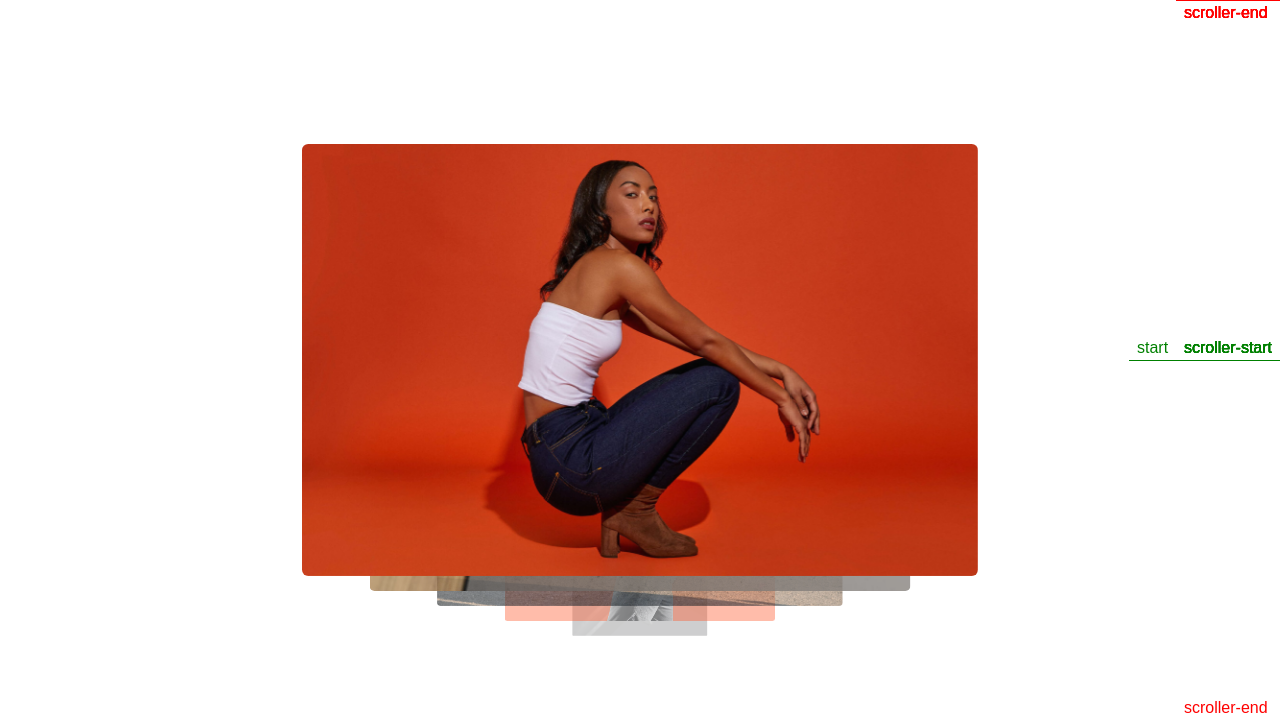
Repository: lwygold/motion
Page: layout/이미지 위로 계속 올라가는레이아웃.html
An editor plug-in stored every save of this project. The page is shown before and after the next save, followed by the edit.
The browser window is 1280 px wide. The pictures show the window.
Pictures or frames that could not be fetched are drawn as grey boxes. A layer covers the whole window, so only the first screen is drawn.

Above is the page before, as saved 2023-02-20 17:25:54.

### layout/이미지 위로 계속 올라가는레이아웃.html
<!DOCTYPE html>
<html lang="ko">

<head>
    <meta http-equiv="Content-Type" content="text/html;charset=utf-8" />
    <meta name="viewport" content="width=device-width, user-scalable=no, target-densitydpi=medium-dpi" />
    <meta name="apple-mobile-web-app-capable" content="yes" />
    <meta name="format-detection" content="telephone=no" />
    <meta http-equiv="X-UA-Compatible" content="IE=edge" />
    <meta http-equiv="x-rim-auto-match" content="none" />
    <link rel="shortcut icon" href="./images/favicon.ico" />
    <link rel="stylesheet" type="text/css" href="../assets/css/slick.css" />
    <link rel="stylesheet" type="text/css" href="../assets/css/common.css" />
    <link rel="stylesheet" type="text/css" href="../assets/css/main.css" />
    <link rel="stylesheet" type="text/css" href="../assets/css/sub.css" />
    <title>테스트</title>
    <script src="../assets/js/jquery-3.3.1.min.js"></script>
    <script src="../assets/js/jquery-ui.min.js"></script>
    <script src="../assets/js/slick.min.js"></script>
    <script src="../assets/js/gsap.js"></script>
    <script src="../assets/js/gsap_scroll_trigger.js"></script>
    <script src="../assets/js/green.js"></script>
    <script src="../assets/js/common.js"></script>
    <script src="../assets/js/main.js"></script>
    <script src="../assets/js/sub.js"></script>
</head>

<style>
    section {
        width: 100vw;
        height: 100vh;
    }

    section ul {
        align-items: center;
        display: flex;
        height: 100%;
        justify-content: center;
        left: 0;
        position: fixed;
        top: 0;
        width: 100%;
        max-height: 100vh;
    }

    section ul li {
        border-radius: 0.4861111111vw;
        cursor: pointer;
        height: 60vh;
        overflow: hidden;
        position: absolute;
        -webkit-transform-origin: bottom;
        transform-origin: bottom;
        width: 52.7777777744vw;
        will-change: transform, opacity;
    }



    section ul li:nth-child(1) {
        z-index: 5;
    }

    section ul li:nth-child(2) {
        z-index: 4;
    }

    section ul li:nth-child(3) {
        z-index: 3;
    }

    section ul li:nth-child(4) {
        z-index: 2;
    }

    section ul li:nth-child(5) {
        z-index: 1;
    }


    section ul li div {
        height: 100%;
        -webkit-transform: none;
        transform: none;
        transition: -webkit-transform 1.2s cubic-bezier(.165, .84, .44, 1);
        transition: transform 1.2s cubic-bezier(.165, .84, .44, 1);
        transition: transform 1.2s cubic-bezier(.165, .84, .44, 1), -webkit-transform 1.2s cubic-bezier(.165, .84, .44, 1);
        width: 100%;
        will-change: transform;
    }

    section ul li div img {
        height: 100%;
        -o-object-fit: cover;
        object-fit: cover;
        -o-object-position: center;
        object-position: center;
        width: 100%;
        -webkit-transform: none;
        transform: none;
        -webkit-transform-origin: center;
        transform-origin: center;
        transition: -webkit-transform 1.6s cubic-bezier(.165, .84, .44, 1);
        transition: transform 1.6s cubic-bezier(.165, .84, .44, 1);
        transition: transform 1.6s cubic-bezier(.165, .84, .44, 1), -webkit-transform 1.6s cubic-bezier(.165, .84, .44, 1);
        width: 100%;
        will-change: transform;
    }

    section ul li div img:hover {
        -webkit-transform: scale(1.1);
        transform: scale(1.1);
    }
</style>

<body>

    <section class="s1">
        <ul>
            <li class="panel s1-1 panel_first">
                <div>
                    <img src="./images/1.jpg" alt="">
                </div>
            </li>
            <li class="panel s1-2">
                <div>
                    <img src="./images/2.jpg" alt="">
                </div>
            </li>
            <li class="panel s1-3">
                <div>
                    <img src="./images/3.jpg" alt="">
                </div>
            </li>
            <li class="panel s1-4">
                <div>
                    <img src="./images/4.jpg" alt="">
                </div>
            </li>
            <li class="panel s1-5">
                <div>
                    <img src="./images/5.jpg" alt="">
                </div>
            </li>
            <li class="panel s1-6">
                <div>
                    <img src="./images/6.jpg" alt="">
                </div>
            </li>
            <li class="panel s1-7">
                <div>
                    <img src="./images/6.jpg" alt="">
                </div>
            </li>
        </ul>
    </section>


    <script>
        const $ul = $('ul');
        const $li = $('ul li');
        const li_cnt = $('ul li').length;

        $li.each((i, e) => {
            $(e).css("transform", "translateY(" + i * 15 + "px) scale(" + (1 - (0.1 * (i * (2)))) + ")");
            $(e).css("opacity", 1 - (0.1 * (i * (2))));
            $(e).attr("filter", "grayscale(" + i * 33 + "%);");
        });



        $(function () {

            gsap.registerPlugin(ScrollTrigger);

            let panels = gsap.utils.toArray(".panel");

            let tl1 = gsap.timeline({
                scrollTrigger: {
                    trigger: $ul,
                    start: "center center",
                    end: () => innerHeight * 3,
                    pin: true,
                    scrub: true,
                    markers: true,
                }
            });

            let tl2 = gsap.timeline({
                scrollTrigger: {
                    trigger: $ul,
                    start: "center center",
                    end: "bottom top",
                    scrub: true,
                    markers: true,
                }
            });

            let tl3 = gsap.timeline({
                scrollTrigger: {
                    trigger: $ul,
                    start: "center center",
                    end: "bottom top",
                    scrub: true,
                    markers: true,
                }
            });

            let tl4 = gsap.timeline({
                scrollTrigger: {
                    trigger: $ul,
                    start: "center center",
                    end: "bottom top",
                    scrub: true,
                    markers: true,
                }
            });

            let tl5 = gsap.timeline({
                scrollTrigger: {
                    trigger: $ul,
                    start: "center center",
                    end: "bottom top",
                    scrub: true,
                    markers: true,
                }
            });

            let tl6 = gsap.timeline({
                scrollTrigger: {
                    trigger: $ul,
                    start: "center center",
                    end: "bottom top",
                    scrub: true,
                    markers: true,
                }
            });

            panels.forEach((panel, i) => {

                tl1.to(panel, {
                    yPercent: -150,
                });

                tl2.to('section ul li:nth-child('+(i+1)+')', {
                    y:0,
                    opacity:1,
                    scale: 1,
                });

                tl3.to('section ul li:nth-child('+(i+2)+')', {
                    y: 15+"px",
                    opacity:0.8,
                    scale: 0.8,
                });

                tl4.to('section ul li:nth-child('+(i+3)+')', {
                    y: 30+"px",
                    opacity:0.6,
                    scale: 0.6,
                });

                tl5.to('section ul li:nth-child('+(i+4)+')', {
                    y: 45+"px",
                    opacity:0.4,
                    scale: 0.4,
                });

                tl6.to('section ul li:nth-child('+(i+5)+')', {
                    y: 60+"px",
                    opacity:0.2,
                    scale: 0.2,
                });


            });
















        });

    </script>
</body>

</html>

### assets/css/common.css
@charset "utf-8";

@font-face {
  font-family: "NotoSansKR";
  font-style: normal;
  font-weight: 100;
  src: url(fonts/NotoSansKR-ExtraLight.woff) format("woff");
}

@font-face {
  font-family: "NotoSansKR";
  font-style: normal;
  font-weight: 200;
  src: url(fonts/NotoSansKR-Light.woff) format("woff");
}

@font-face {
  font-family: "NotoSansKR";
  font-style: normal;
  font-weight: 300;
  src: url(fonts/NotoSansKR-DemiLight.woff) format("woff");
}

@font-face {
  font-family: "NotoSansKR";
  font-style: normal;
  font-weight: 400;
  src: url(fonts/NotoSansKR-Regular.woff) format("woff");
}

@font-face {
  font-family: "NotoSansKR";
  font-style: normal;
  font-weight: 500;
  src: url(fonts/NotoSansKR-Medium.woff) format("woff");
}

@font-face {
  font-family: "NotoSansKR";
  font-style: normal;
  font-weight: 600;
  src: url(fonts/NotoSansKR-Bold.woff) format("woff");
}

@font-face {
  font-family: "NotoSansKR";
  font-style: normal;
  font-weight: 700;
  src: url(fonts/NotoSansKR-Bold-Hestia.woff) format("woff");
}

@font-face {
  font-family: "NotoSansKR";
  font-style: normal;
  font-weight: 800;
  src: url(fonts/NotoSansKR-Black-Hestia.woff) format("woff");
}

@font-face {
  font-family: "Montserrat";
  font-style: normal;
  font-weight: 100;
  src: url(fonts/Montserrat-ExtraLight.woff) format("woff");
}

@font-face {
  font-family: "Montserrat";
  font-style: normal;
  font-weight: 200;
  src: url(fonts/Montserrat-Light.woff) format("woff");
}

@font-face {
  font-family: "Montserrat";
  font-style: normal;
  font-weight: 300;
  src: url(fonts/Montserrat-Regular.woff) format("woff");
}

@font-face {
  font-family: "Montserrat";
  font-style: normal;
  font-weight: 400;
  src: url(fonts/Montserrat-Regular.woff) format("woff");
}

@font-face {
  font-family: "Montserrat";
  font-style: normal;
  font-weight: 500;
  src: url(fonts/Montserrat-Medium.woff) format("woff");
}

@font-face {
  font-family: "Montserrat";
  font-style: normal;
  font-weight: 600;
  src: url(fonts/Montserrat-Bold.woff) format("woff");
}

@font-face {
  font-family: "Montserrat";
  font-style: normal;
  font-weight: 700;
  src: url(fonts/Montserrat-ExtraBold.woff) format("woff");
}

@font-face {
  font-family: "Montserrat";
  font-style: normal;
  font-weight: 800;
  src: url(fonts/Montserrat-ExtraBlack.woff) format("woff");
}

@font-face {
  font-family: "Saira";
  font-style: normal;
  font-weight: 100;
  src: url(fonts/Saira-ExtraLight.woff) format("woff");
}

@font-face {
  font-family: "Saira";
  font-style: normal;
  font-weight: 200;
  src: url(fonts/Saira-Light.woff) format("woff");
}

@font-face {
  font-family: "Saira";
  font-style: normal;
  font-weight: 300;
  src: url(fonts/Saira-Regular.woff) format("woff");
}

@font-face {
  font-family: "Saira";
  font-style: normal;
  font-weight: 400;
  src: url(fonts/Saira-Regular.woff) format("woff");
}

@font-face {
  font-family: "Saira";
  font-style: normal;
  font-weight: 500;
  src: url(fonts/Saira-Medium.woff) format("woff");
}

@font-face {
  font-family: "Saira";
  font-style: normal;
  font-weight: 600;
  src: url(fonts/Saira-Bold.woff) format("woff");
}

@font-face {
  font-family: "Saira";
  font-style: normal;
  font-weight: 700;
  src: url(fonts/Saira-ExtraBold.woff) format("woff");
}

@font-face {
  font-family: "Saira";
  font-style: normal;
  font-weight: 800;
  src: url(fonts/Saira-Black.woff) format("woff");
}

@font-face {
  font-family: "NanumSquare";
  font-style: normal;
  font-weight: 200;
  src: url(fonts/NanumSquareL.woff) format("woff");
}

@font-face {
  font-family: "NanumSquare";
  font-style: normal;
  font-weight: 400;
  src: url(fonts/NanumSquareR.woff) format("woff");
}

@font-face {
  font-family: "NanumSquare";
  font-style: normal;
  font-weight: 600;
  src: url(fonts/NanumSquareB.woff) format("woff");
}

@font-face {
  font-family: "NanumSquare";
  font-style: normal;
  font-weight: 700;
  src: url(fonts/NanumSquareEB.woff) format("woff");
}

@font-face {
  font-family: "play";
  font-style: normal;
  font-weight: 400;
  src: url(fonts/Play-Regular.woff) format("woff");
}

@font-face {
  font-family: "play";
  font-style: normal;
  font-weight: 600;
  src: url(fonts/Play-Bold.woff) format("woff");
}

@font-face {
  font-family: "Lovelace";
  font-style: normal;
  font-weight: 100;
  src: url(fonts/Lovelace-ExtraLight.woff) format("woff");
}

@font-face {
  font-family: "Lovelace";
  font-style: normal;
  font-weight: 200;
  src: url(fonts/Lovelace-Light.woff) format("woff");
}

@font-face {
  font-family: "Lovelace";
  font-style: normal;
  font-weight: 400;
  src: url(fonts/Lovelace-Regular.woff) format("woff");
}

@font-face {
  font-family: "Lovelace";
  font-style: normal;
  font-weight: 500;
  src: url(fonts/Lovelace-Medium.woff) format("woff");
}

@font-face {
  font-family: "Lovelace";
  font-style: normal;
  font-weight: 600;
  src: url(fonts/Lovelace-Bold.woff) format("woff");
}

@font-face {
  font-family: "Lovelace";
  font-style: normal;
  font-weight: 700;
  src: url(fonts/Lovelace-ExtraBold.woff) format("woff");
}

* {
  font-family: "NotoSansKR";
  box-sizing: border-box;
}

/* 여백 초기화 */
html,
body,
div,
span,
object,
iframe,
h1,
h2,
h3,
h4,
h5,
h6,
p,
blockquote,
pre,
abbr,
address,
cite,
code,
del,
dfn,
em,
img,
ins,
kbd,
q,
samp,
small,
strong,
sub,
sup,
var,
b,
i,
dl,
dt,
dd,
ol,
ul,
li,
fieldset,
form,
label,
legend,
table,
caption,
tbody,
tfoot,
thead,
tr,
th,
td,
article,
aside,
canvas,
details,
figcaption,
figure,
footer,
header,
hgroup,
menu,
nav,
section,
summary,
time,
mark,
audio,
video {
  margin: 0;
  padding: 0;
  border: 0;
  outline: 0;
  font-size: 100%;
  vertical-align: baseline;
  background: transparent;
}

* {
  -webkit-text-size-adjust: none;
  -moz-text-size-adjust: none;
  -ms-text-size-adjust: none;
}

html,
body {
  position: relative;
  margin: 0 auto;
  height: 100%;
  width: 100%;
}

body {
  line-height: 1;
}

article,
aside,
details,
figcaption,
figure,
footer,
header,
hgroup,
menu,
nav,
section {
  display: block;
}

ul,
li {
  list-style: none;
}

blockquote,
q {
  quotes: none;
}

blockquote:before,
blockquote:after,
q:before,
q:after {
  content: "";
  content: none;
}

a {
  margin: 0;
  padding: 0;
  color: #000;
  font-size: 100%;
  text-decoration: none;
  vertical-align: baseline;
  background: transparent;
}

del {
  text-decoration: line-through;
}

abbr[title],
dfn[title] {
  border-bottom: 1px dotted;
  cursor: help;
}

table {
  border-collapse: collapse;
  border-spacing: 0;
}

/* change border colour to suit your needs */

hr {
  display: block;
  height: 1px;
  border: 0;
  border-top: 1px solid #cccccc;
  margin: 1em 0;
  padding: 0;
}

input,
select {
  vertical-align: middle;
}

/*-------------------------------------------------------------------
    @input style
-------------------------------------------------------------------*/

button {
  -webkit-appearance: none;
  appearance: none;
  -webkit-border-radius: 0;
  border-radius: 0;
}

input[type="button"],
input[type="reset"],
input[type="text"],
input[type="password"],
input[type="submit"],
input[type="search"],
input[type="tel"],
input[type="email"] {
  -webkit-appearance: none;
  appearance: none;
  -webkit-border-radius: 0;
  border-radius: 0;
  font-size: 16px;
}

/*-------------------------------------------------------------------
    @select
-------------------------------------------------------------------*/
select {
  font-family: "Noto Sans KR";
  font-size: 19px;
  -webkit-appearance: none;
  -moz-appearance: none;
  appearance: none;
  background-image: url(../images/sl_btn.png);
  background-repeat: no-repeat;
  background-position: 93% 50%;
  background-size: 15px;
  background-color: #fff;
  border: none;
  width: 100%;
}

/*-------------------------------------------------------------------
    @select IE10,11의 네이티브 화살표 숨기기
-------------------------------------------------------------------*/
select::-ms-expand {
  display: none;
}

/*-------------------------------------------------------------------
    @clearfix
-------------------------------------------------------------------*/
.clearfix {
  *zoom: 1;
}

.clearfix:before,
.clearfix:after {
  display: block;
  content: "";
  line-height: 0;
}

.clearfix:after {
  clear: both;
}

.fl {
  float: left;
}

.fr {
  float: right;
}

/*-------------------------------------------------------------------
    @공통서브
-------------------------------------------------------------------*/

section {
  box-sizing: border-box;
  overflow: hidden;
  position: relative;
  width: 100%;
  max-width: 1920px;
  margin: 0 auto;
}

.inner {
  width: 100%;
  max-width: 1280px;
  padding: 0px 40px;
  box-sizing: border-box;
}

/* 가로 양옆으로  */
.flex__lrc,
.flex__lrc2 {
  display: flex;
  flex-direction: row;
  flex-wrap: wrap;
  justify-content: space-between;
  align-items: center;
}

.flex__lrt,
.flex__lrt2 {
  display: flex;
  flex-direction: row;
  flex-wrap: wrap;
  justify-content: space-between;
  align-items: flex-start;
}

.flex__lrb,
.flex__lrb2 {
  display: flex;
  flex-direction: row;
  flex-wrap: wrap;
  justify-content: space-between;
  align-items: flex-end;
}

/* 가로 가운데 새로 가운데 */
.flex__cc,
.flex__cc1,
.flex__cc2 {
  display: flex;
  flex-direction: row;
  flex-wrap: wrap;
  justify-content: center;
  align-items: center;
}

.flex__lrc2 > div,
.flex__lrt2 > div,
.flex__lrb2 > div,
.flex__cc2 > div {
    width: 50%;
}

.h100 {
    height: 100%;
}

.w100 {
    width: 100%;
}

.row2,
.row3,
.row4,
.row5 {
    display: flex;
    flex-direction: row;
    flex-wrap: wrap;
}

.row2 > .col {
    width: 50%;
}

.row3 > .col {
    width: 33.33%;
}

.row4 > .col {
    width: 25%;
}

.row5 > .col {
    width: 20%;
}


@media only screen and (max-width: 640px) {
}

### assets/css/main.css
body {
 font-size:0;
}


section.section4 {
 height: 400vh;
}

.header-section {
 padding: 0 15px;
 text-align: center;
 margin: 0;
 height: 100vh;
 color: #000;
 font-size: 35px;
 display: flex;
 align-items: center;
 justify-content: center;
}

.nav {
 display: flex;
 position: fixed;
 right:100px;
 top:50%;
 transform: translateY(-50%);
 z-index: 11;
}

.nav > div {
 position: relative;
 width: 2px;
 height: 55px;
 background: transparent;
 z-index: 1;
}

.nav > div:after {
 content:'';
 position: absolute;
 left:0;
 top:0;
 width:3px;
 height: 55px;
 background: rgba(255,255,255, 0.3);
 z-index: 2;
}

.nav div > div {
 position: absolute;
 left:0;
 top:0;
 width:2px;
 height:0;
 background: #fff;
}


.gridBlock {
 opacity: 0;
}


/* Grid almost fully pulled from https://www.rino-pelle.com/ */
.grid-container {
 width: 100vw;
 height: 400vh;
 position: relative;
}
.grid {
 top: 0;
 left: 0;
 z-index: 1;
 width: 70vw;
 height: 60vw;
 margin: 0 calc(100vw / 20 * 3);
 position: absolute;

}
@media only screen and (max-width: 580px) {
 .grid {
 margin: 0;
 width: 100vw;
 height: 89.444vw;
}
}
.gridBlock {
 background-size: cover;
 background-color: darkgray;
}
.gridLayer {
 top: 0;
 left: 0;
 width: 100%;
 height: 100%;
 position: absolute;
 will-change: transform;
 transform-origin: 44.951% 50%;
}
.gridLayer:nth-child(1) .gridBlock {
 top: 5vw;
 left: 20vw;
 width: 10vw;
 height: 10vw;
}
@media only screen and (max-width: 580px) {
 .gridLayer:nth-child(1) .gridBlock {
 top: 11.111vw;
 left: 23.889vw;
 width: 15vw;
 height: 15vw;
}
}
.gridLayer:nth-child(2) .gridBlock {
 top: 0;
 left: 32.5vw;
 width: 15vw;
 height: 15vw;
}
@media only screen and (max-width: 580px) {
 .gridLayer:nth-child(2) .gridBlock {
 top: 0;
 left: 43.333vw;
 width: 26.389vw;
 height: 26.389vw;
}
}
.gridLayer:nth-child(3) .gridBlock {
 left: 0;
 top: 25vw;
 width: 15vw;
 height: 15vw;
}
@media only screen and (max-width: 580px) {
 .gridLayer:nth-child(3) .gridBlock {
 top: 30.278vw;
 left: 0;
 width: 26.389vw;
 height: 26.389vw;
}
}
.gridLayer:nth-child(4) .gridBlock {
 top: 17.5vw;
 left: 17.5vw;
 width: 30vw;
 height: 30vw;
}
@media only screen and (max-width: 580px) {
 .gridLayer:nth-child(4) .gridBlock {
 top: 30.278vw;
 left: 30.278vw;
 width: 39.444vw;
 height: 39.444vw;
}
}
.gridLayer:nth-child(5) {
 z-index: 1;
}
.gridLayer:nth-child(5) .gridBlock {
 top: 20vw;
 left: 50vw;
 width: 5vw;
 height: 5vw;
}
@media only screen and (max-width: 580px) {
 .gridLayer:nth-child(5) .gridBlock {
 top: 23.889vw;
 left: 73.889vw;
 width: 15.278vw;
 height: 15.278vw;
}
}
.gridLayer:nth-child(5) a {
 height: 100%;
 display: flex;
 align-items: center;
 justify-content: center;
}
.gridLayer:nth-child(5) svg {
 width: 1.75vw;
}
@media only screen and (max-width: 580px) {
 .gridLayer:nth-child(5) svg {
 width: 4.722vw;
}
}
.gridLayer:nth-child(6) .gridBlock {
 left: 50vw;
 top: 27.5vw;
 width: 20vw;
 height: 20vw;
}
@media only screen and (max-width: 580px) {
 .gridLayer:nth-child(6) .gridBlock {
 top: 43.889vw;
 left: 73.889vw;
 width: 26.389vw;
 height: 26.389vw;
}
}
.gridLayer:nth-child(7) .gridBlock {
 left: 10vw;
 top: 42.5vw;
 width: 5vw;
 height: 5vw;
}
@media only screen and (max-width: 580px) {
 .gridLayer:nth-child(7) .gridBlock {
 display: none;
}
}
.gridLayer:nth-child(8) .gridBlock {
 bottom: 5vw;
 left: 42.5vw;
 width: 5vw;
 height: 5vw;
}
@media only screen and (max-width: 580px) {
 .gridLayer:nth-child(8) .gridBlock {
 display: none;
}
}
.gridLayer:nth-child(9) .gridBlock {
 bottom: 0;
 left: 50vw;
 width: 10vw;
 height: 10vw;
}
@media only screen and (max-width: 580px) {
 .gridLayer:nth-child(9) .gridBlock {
 top: 73.889vw;
 left: 58.889vw;
 width: 15.278vw;
 height: 15.278vw;
}
}
.gridBlock {
 display: block;
 position: absolute;
}



@media only screen and (max-width: 640px) {

}

### assets/css/sub.css

@media only screen and (max-width: 640px) {

}

### assets/js/common.js
var clickType = "click";
if ("ontouchstart" in document.documentElement) {
    clickType = "touchstart";
}
$(function () {

})

### assets/js/main.js
$(function () {



});

### assets/js/sub.js
$(function () {

})

Loaded but not shown: assets/css/slick.css (common file); assets/js/jquery-3.3.1.min.js (library); assets/js/jquery-ui.min.js (library); assets/js/slick.min.js (library); assets/js/gsap.js (library); assets/js/gsap_scroll_trigger.js (library); assets/js/green.js (187 lines, source omitted)

After the next save:
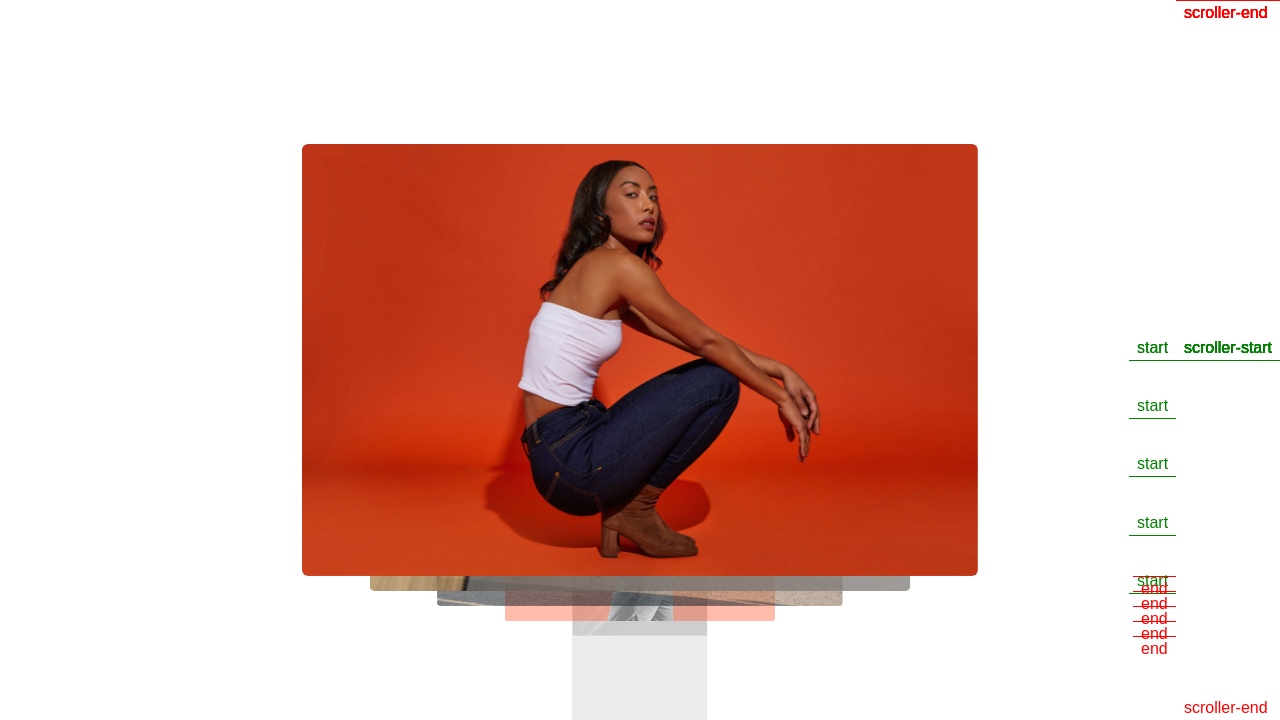
Saved 36 s later.
--- a/layout/이미지 위로 계속 올라가는레이아웃.html
+++ b/layout/이미지 위로 계속 올라가는레이아웃.html
@@ -188,7 +188,7 @@
 
             let tl2 = gsap.timeline({
                 scrollTrigger: {
-                    trigger: $ul,
+                    trigger: 'section ul li:nth-child(1)',
                     start: "center center",
                     end: "bottom top",
                     scrub: true,
@@ -198,7 +198,7 @@
 
             let tl3 = gsap.timeline({
                 scrollTrigger: {
-                    trigger: $ul,
+                    trigger: 'section ul li:nth-child(2)',
                     start: "center center",
                     end: "bottom top",
                     scrub: true,
@@ -208,7 +208,7 @@
 
             let tl4 = gsap.timeline({
                 scrollTrigger: {
-                    trigger: $ul,
+                    trigger: 'section ul li:nth-child(3)',
                     start: "center center",
                     end: "bottom top",
                     scrub: true,
@@ -218,7 +218,7 @@
 
             let tl5 = gsap.timeline({
                 scrollTrigger: {
-                    trigger: $ul,
+                    trigger: 'section ul li:nth-child(4)',
                     start: "center center",
                     end: "bottom top",
                     scrub: true,
@@ -228,7 +228,7 @@
 
             let tl6 = gsap.timeline({
                 scrollTrigger: {
-                    trigger: $ul,
+                    trigger: 'section ul li:nth-child(5)',
                     start: "center center",
                     end: "bottom top",
                     scrub: true,
